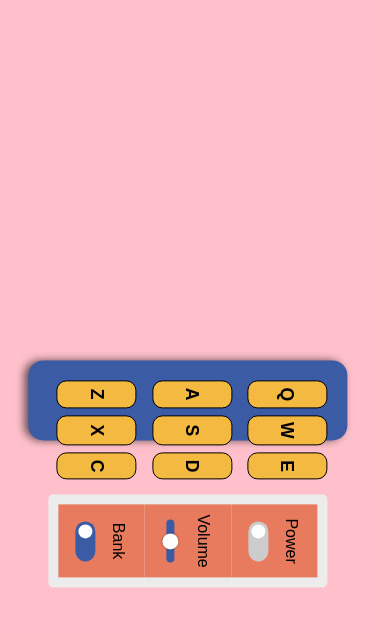
Repository: alfredoleano/drum-machine
Page: /
An editor plug-in stored every save of this project. The page is shown before and after a run of saves, followed by the edit.
The browser window is 375 px wide. The pictures show the whole page.
The project was rebuilt for these pictures with package versions that can differ from the ones it lists, and the page was loaded fresh each time.

Above is the page before, as saved 2024-06-13 19:51:05.

After the next 3 saves:
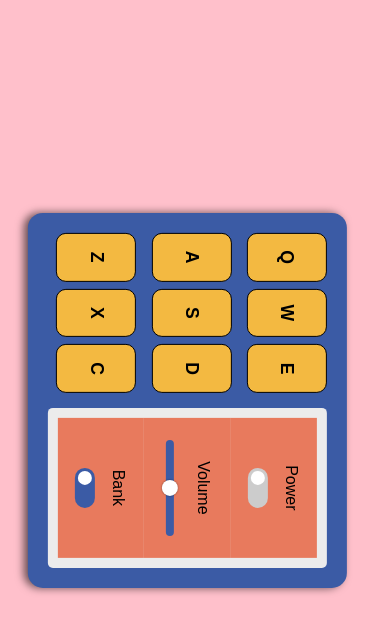
The 3 saves are shown as one change because they came seconds apart.
The last was saved 49 s later.
--- a/src/styles.scss
+++ b/src/styles.scss
@@ -250,7 +250,7 @@ input[type="range"]::-ms-track {
   }
 
   #display {
-    width: 10vh;
+    width: 80vh;
     height: 85vw;
     transform: rotate(90deg);
     transform-origin: center;
